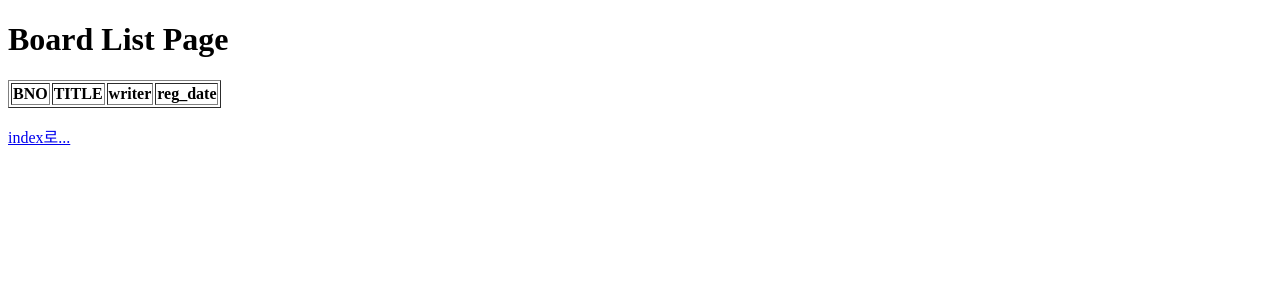
Repository: dhalfks/java2022_09_03
Page: http://localhost/board/brd/list
The author's editor kept a copy of each file at every save. The page is drawn from the files as they stood at one save, then again after the next save.
The browser window is 1280 px wide. The pictures show the whole page.
The page is served by Tomcat 9. Queries for data that is not in the repository find no rows.

Above is the page before, as saved 2022-11-28 05:40:17.

After the next save:
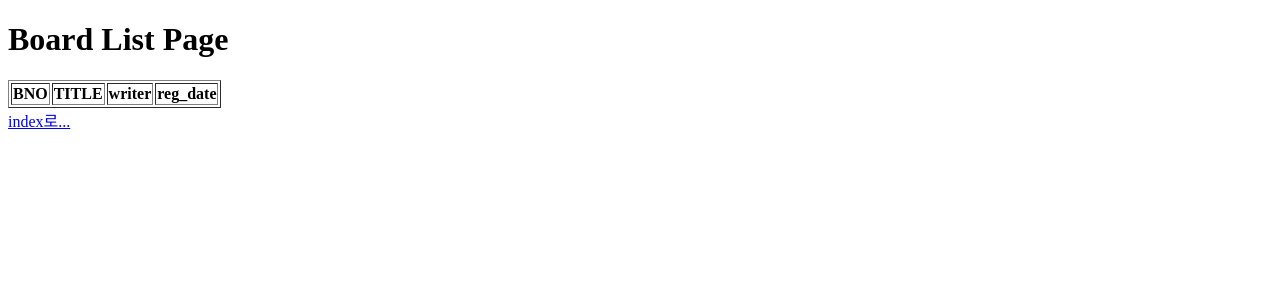
Saved 40 s later.
--- a/JSP_Board_oracle 버전/board/src/main/webapp/board/list.jsp
+++ b/JSP_Board_oracle 버전/board/src/main/webapp/board/list.jsp
@@ -26,7 +26,7 @@
 	</c:forEach>
 
 </table>
-<ul class="pagination justify-content-center">
+<div>
 	<c:if test="${pgn.prev }">
     <li class="page-item">
       <a href="/brd/page?pageNo=${pgn.startPage - 1 }&qty=${pgn.pgvo.qty}" class="page-link">Prev</a>
@@ -43,7 +43,7 @@
       <a class="page-link" href="/brd/page?pageNo=${pgn.endPage + 1 }&qty=${pgn.pgvo.qty}">Next</a>
     </li>
     </c:if>
-  </ul>
+  </div>
 <a href="/index.jsp">index로...</a>
 </body>
 </html>
